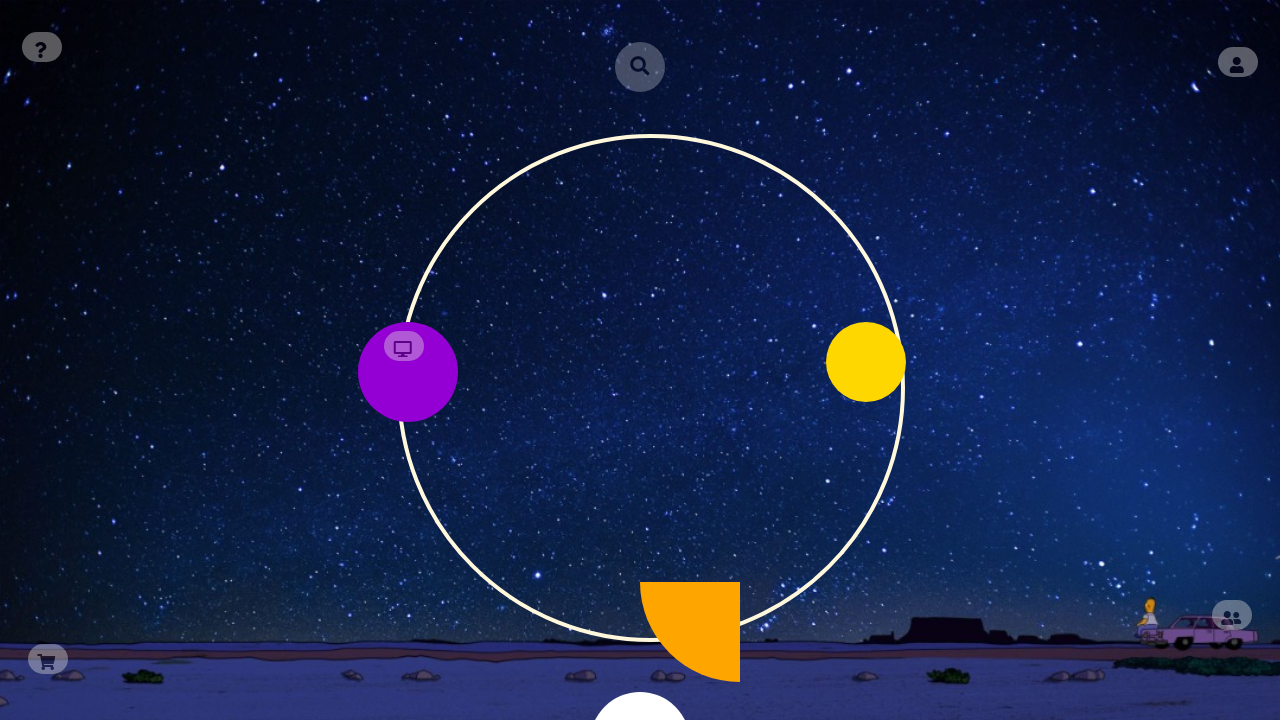
Repository: NFEL/Jupiter_shop
Page: Webpages/lnading page/landing.html
An editor plug-in stored every save of this project. The page is shown before and after the next save, followed by the edit.
The browser window is 1280 px wide. The pictures show the whole page.
Some web libraries are served in a nearby version.

Above is the page before, as saved 2020-11-27 03:39:52.

### Webpages/lnading page/landing.html

<html lang="en">
<head>
  <link rel="stylesheet" href="https://use.fontawesome.com/releases/v5.3.1/css/all.css" integrity="sha384-mzrmE5qonljUremFsqc01SB46JvROS7bZs3IO2EmfFsd15uHvIt+Y8vEf7N7fWAU" crossorigin="anonymous">
  <link rel="stylesheet" href="https://fonts.googleapis.com/icon?family=Material+Icons">
  <script>var asghar = false;
  function showoverlay()
  {
    if (asghar == false){asghar = true;
      document.getElementById("overlay").style.visibility = "visible";
      }
      else
      { asghar = false;
        document.getElementById("overlay").style.visibility = "hidden";}

  }</script>
</head>
<body>

<link rel="stylesheet" href="landing.css">

<div class="header">

<form action="">
  <input type="search">
  <i class="fa fa-search"></i>

</form>
<span id="overlay" class="squere">hi</span>
<button onclick="showoverlay()" class="btn"><i class="fa fa-user"></i></button>
<button class="btn2"><i class="fa fa-question"></i></button>

</div>

<div class="body">
  <div class="loader">
  </div>
  <span class="dot"></span>
  <span class="dot2"></span>
  <span class="dot3"></span>
  <button class="btn5"><i class="fa fa-desktop"></i></button>

  <div class="main">
    <div class="quarter quarter3"></div>
    <div class="cutout"></div>
  </div>

</div>

<div class="footer">
  <button class="btn3"><i class="fa fa-user-friends"></i></button>
  <button class="btn4"><i class="fa fa-shopping-cart"></i></button>
</div>
</body>
</html>

### Webpages/lnading page/landing.css
body {
    background-image:    url(back.jpeg);
    background-size:     cover;                      /* <------ */
    background-repeat:   no-repeat;
    background-position: center center;              /* optional, center the image */
    overflow: hidden;

    position: absolute;
    display: flex;
    flex-direction: column;
    align-items: right center;
    padding: 0;
    margin: 0;
    height: 100vh;
    width: 100%;
}

form{
    position: relative;
    top: 50%;
    left: 50%;
    transform: translate(-50%,-50%);
    transition: all 1s;
    width: 50px;
    height: 50px;
    background: white;
    box-sizing: border-box;
    border-radius: 25px;
    border: 4px solid white;
    padding: 5px;
    opacity: 0.25;
}
input{
    position: absolute;
    top: 0;
    left: 0;
    width: 100%;;
    height: 42.5px;
    line-height: 30px;
    outline: 0;
    border: 0;
    display: none;
    font-size: 1em;
    border-radius: 20px;
    padding: 0 20px;
}

.fa{
    box-sizing: border-box;
    padding: 10px;
    width: 42.5px;
    height: 42.5px;
    position: absolute;
    top: 0;
    right: 0;
    border-radius: 50%;
    color: #07051a;
    text-align: center;
    font-size: 1.2em;
    transition: all 1s;
}

form:hover{
    width: 200px;
    cursor: pointer;
}

form:hover input{
    display: block;
}

form:hover .fa{
    background: #07051a;
    color: white;
}

.btn {
    position: relative;
    left: 95%;
    bottom: 35%;
    background-color: #ddd;
    border:red;
    padding: 15px 20px;
    text-align: center;
    text-decoration: violet;
    display: flex;
    margin: 10px 2px;
    cursor: pointer;
    border-radius: 80px;
    opacity: 0.4;
  }

  .btn :hover{
    background-color: darkorange;
  }
  .btn2 {
    position: fixed;
    right: 95%;
    bottom: 90%;
    background-color: #ddd;
    border:red;
    padding: 15px 20px;
    text-align: center;
    text-decoration: violet;
    display: flex;
    margin: 10px 2px;
    cursor: pointer;
    border-radius: 50px;
    opacity: 0.4;
  }
  .btn3 {
    position: fixed;
    right: 2%;
    top: 82%;
    background-color: #ddd;
    border:red;
    padding: 15px 20px;
    text-align: center;
    text-decoration: violet;
    display: flex;
    margin: 10px 2px;
    cursor: pointer;
    border-radius: 50px;
    opacity: 0.4;
  }
  .btn4 {
    position: fixed;
    left: 2%;
    top: 88%;
    background-color: #ddd;
    border:red;
    padding: 15px 20px;
    text-align: center;
    text-decoration: violet;
    display: flex;
    margin: 10px 2px;
    cursor: pointer;
    border-radius: 50px;
    opacity: 0.4;
  }
  .loader {
    border-right: 4px solid cornsilk;
    border-left: 4px solid cornsilk;
    border-radius: 50%;
    margin: 0% 31%;
    border-top: 4px solid cornsilk;
    border-bottom: 4px solid cornsilk;
    width: 500px;
    height: 500px;
}
.dot {
    height: 100px;
    width: 100px;
    background-color:darkviolet;
    border-radius: 50%;
    display: inline-block;
    margin: -25% 28%;
  }
  .btn5 {
    position: fixed;
    left: 30%;
    top: 46%;
    background-color: #ddd;
    border:red;
    padding: 15px 20px;
    text-align: center;
    text-decoration: violet;
    display: flex;
    cursor: pointer;
    border-radius: 50px;
    opacity: 0.4;
  }
  .dot2 {
    height: 80px;
    width: 80px;
    background-color:gold;
    border-radius: 50%;
    display: inline-block;
    margin: -25% 64.5%;
  }
  .dot2 {
    height: 80px;
    width: 80px;
    background-color:gold;
    border-radius: 50%;
    display: inline-block;
    margin: -25% 64.5%;
  }

  .squere
  {
      width: 50px;
      height: 50px;
      background-color: grey;
      visibility: hidden;
  }

  .main {
    position: relative;
    width: 200px;
    height: 200px;
    margin: 0 auto;
  }
  .quarter {
    position: absolute;
    width: 50%;
    height: 50%;
    transition: background-color 0.2s ease-in-out;
  }
  .quarter:hover {
    background-color: pink;
  }
  .quarter3 {
    bottom: 80%;
    left: 50%;
    background-color: orange;
    border-radius: 0 0 0 100%;
  }

  .cutout {
    width: 50%;
    height: 50%;
    background-color: white;
    position: absolute;
    top: 25%;
    left: 25%;
    border-radius: 50%;
    pointer-events: none;
  }

After the next save:
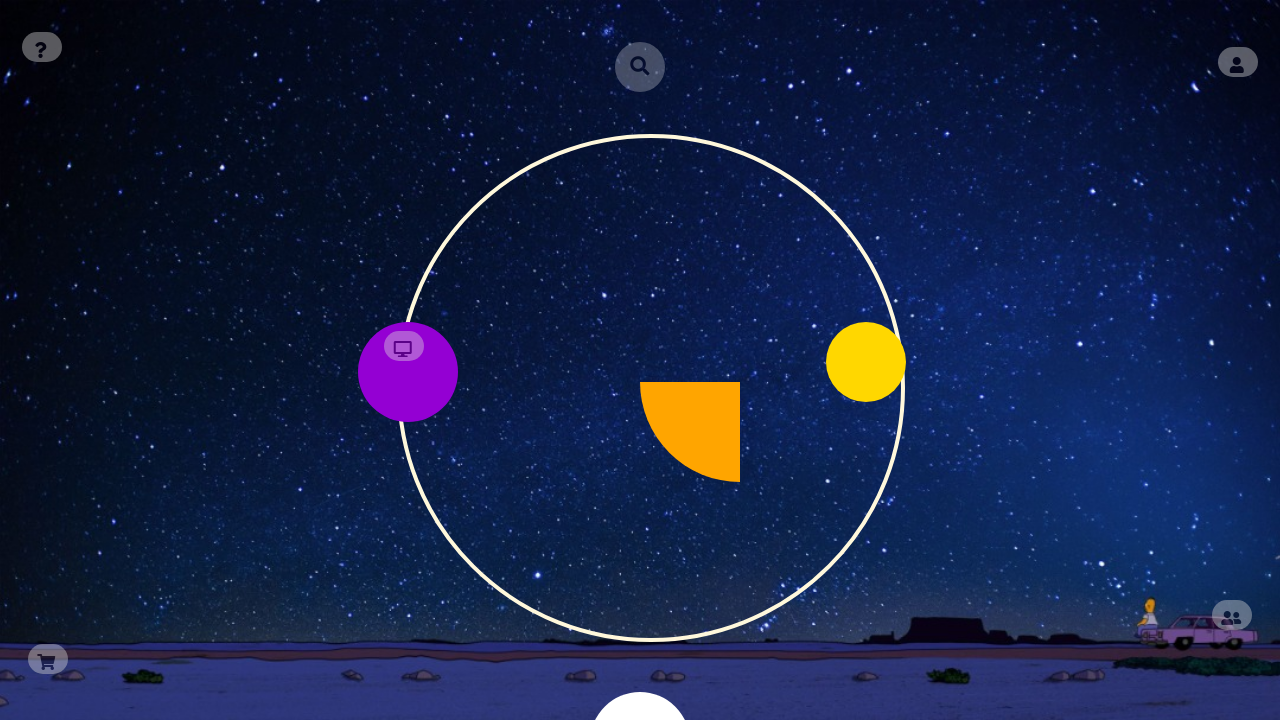
Saved 40 s later.
--- a/Webpages/lnading page/landing.css
+++ b/Webpages/lnading page/landing.css
@@ -211,7 +211,7 @@
     background-color: pink;
   }
   .quarter3 {
-    bottom: 80%;
+    bottom: 180%;
     left: 50%;
     background-color: orange;
     border-radius: 0 0 0 100%;
